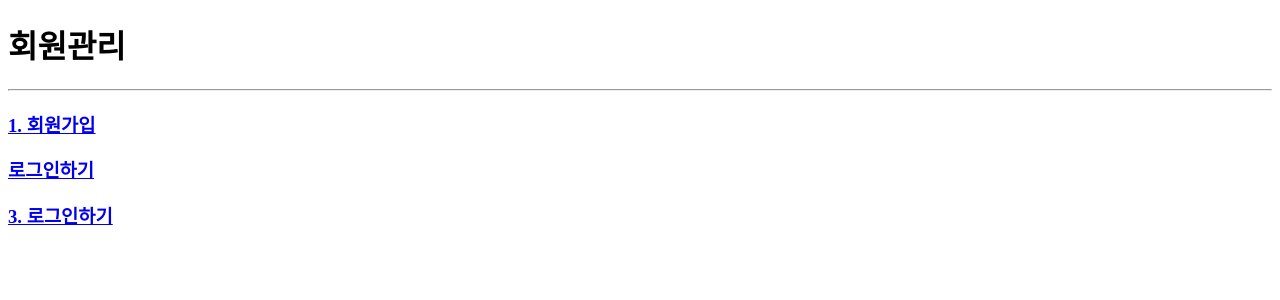
Repository: beescuit9510/toyProjects
Page: http://localhost/05_jspDbProject/
The author's editor kept a copy of each file at every save. The page is drawn from the files as they stood at one save, then again after the next save.
The browser window is 1280 px wide. The pictures show the whole page.
The page is served by Tomcat 9. Other server files are loaded and not shown.

Above is the page before, as saved 2021-09-30 08:01:04.

### web-server-workplace/05_jspDbProject/src/main/webapp/index.jsp
<%@page import="kr.or.iei.member.model.vo.Member"%>
<%@ page language="java" contentType="text/html; charset=UTF-8"
    pageEncoding="UTF-8"%>
    <%
	// sesstion은 여러 객체를 저장하는 공간으로 object 로 처리
	// object는 모든 클래스의 조상 클래스로 다형성으로 처리가 가능
	// session에서 가져온 데이터 또한 object 즉, 다운캐스팅 후 사용해야함
	// 세션에 member라는 키로 로그인한 회원 정보를 저장
    	Member member = (Member)session.getAttribute("member");

    	boolean loggedIn = member!=null;
    	String logInOut= loggedIn?"로그아웃하기":"로그인하기";
    	String href = loggedIn?"/05_jspDbProject/views/logout.jsp":"/05_jspDbProject/views/loginFrm.jsp";
    %>
<!DOCTYPE html>
<html>
<head>
<meta charset="UTF-8">
<title>Insert title here</title>
</head>
<body>
	<h1>회원관리</h1>
	<hr>
	<h3><a href="/05_jspDbProject/views/joinFrm.jsp">1. 회원가입</a></h3>
	<h3><a href=<%=href %>><%=logInOut %></a></h3>
	<h3><a href="/05_jspDbProject/views/loginFrm.jsp">3. 로그인하기</a></h3>
</body>
</html>

After the next save:
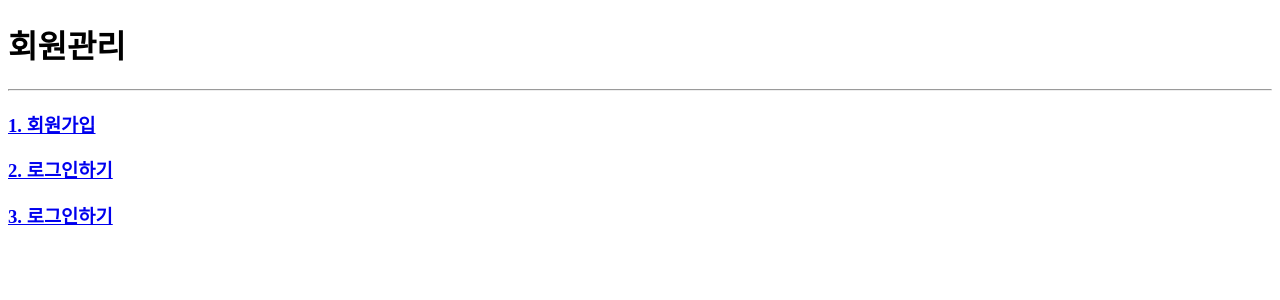
Saved 30 s later.
--- a/web-server-workplace/05_jspDbProject/src/main/webapp/index.jsp
+++ b/web-server-workplace/05_jspDbProject/src/main/webapp/index.jsp
@@ -9,7 +9,7 @@
     	Member member = (Member)session.getAttribute("member");
 
     	boolean loggedIn = member!=null;
-    	String logInOut= loggedIn?"로그아웃하기":"로그인하기";
+    	String logInOut= loggedIn?"2. 로그아웃하기":"2. 로그인하기";
     	String href = loggedIn?"/05_jspDbProject/views/logout.jsp":"/05_jspDbProject/views/loginFrm.jsp";
     %>
 <!DOCTYPE html>
